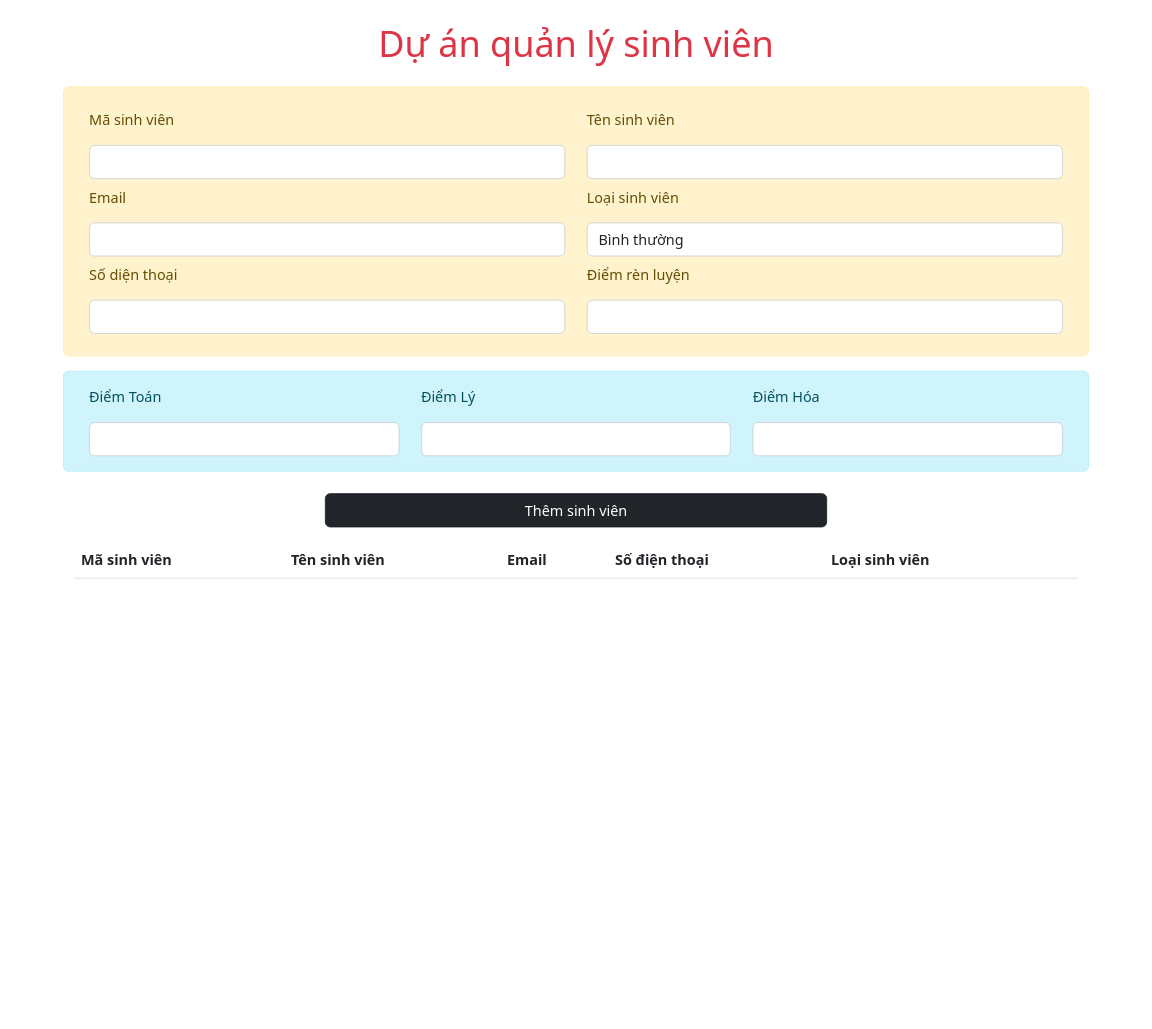
Repository: hcozyph/Cybersoft_JS_OOP
Page: index.html
These files come from the project's save history. The page is drawn as it stood at one moment and after the next save; the edit follows.
The browser window is 1280 px wide. The pictures show the whole page, at 90% of full size.

Above is the page before, as saved 2023-02-26 09:46:25.

### index.html
<!DOCTYPE html>
<html lang="en">
    <head>
        <title>Quản lý sinh viên</title>
        <!-- Required meta tags -->
        <meta charset="utf-8" />
        <meta
            name="viewport"
            content="width=device-width, initial-scale=1, shrink-to-fit=no"
        />

        <!-- Bootstrap CSS v5.2.1 -->
        <link
            href="https://cdn.jsdelivr.net/npm/bootstrap@5.2.1/dist/css/bootstrap.min.css"
            rel="stylesheet"
            integrity="sha384-iYQeCzEYFbKjA/T2uDLTpkwGzCiq6soy8tYaI1GyVh/UjpbCx/TYkiZhlZB6+fzT"
            crossorigin="anonymous"
        />

        <!-- index.css -->
        <link rel="stylesheet" href="./assets/styles/index.css" />
    </head>

    <body>
        <div class="container" style="margin-bottom: 500px">
            <div class="title">
                <h3 class="text-center fs-1 text-danger my-4">
                    Dự án quản lý sinh viên
                </h3>
            </div>

            <div class="content">
                <div class="row alert alert-warning">
                    <div class="col-md-6 col-lg-6">
                        <div class="form-group my-2">
                            <p>Mã sinh viên</p>
                            <input class="form-control" id="maSinhVien"></input>
                        </div>

                        <div class="form-group my-2">
                            <p>Email</p>
                            <input class="form-control" id="email"></input>
                        </div>

                        <div class="form-group my-2">
                            <p>Số diện thoại</p>
                            <input class="form-control" id="soDienThoai"></input>
                        </div>
                    </div>

                    <div class="col-md-6 col-lg-6">
                        <div class="form-group my-2">
                            <p>Tên sinh viên</p>
                            <input class="form-control" id="tenSinhVien"></input>
                        </div>

                        <div class="form-group my-2">
                            <p>Loại sinh viên</p>
                            <select class="form-control" id="loaiSinhVien">
                                <option value="">Bình thường</option>
                                <option value="">Khó khăn</option>
                            </select>
                        </div>

                        <div class="form-group my-2">
                            <p>Điểm rèn luyện</p>
                            <input type="number" class="form-control" id="diemRenLuyen">
                        </div>
                    </div>
                </div>

                <div class="alert alert-info row mt-2">
                    <div class="col-md-4">
                        <p>Điểm Toán</p>
                        <input type="number" id="diemToan" class="form-control" >
                    </div>
                    <div class="col-md-4">
                        <p>Điểm Lý</p>
                        <input type="number" id="diemLy" class="form-control" >
                    </div>
                    <div class="col-md-4">
                        <p>Điểm Hóa</p>
                        <input type="number" id="diemHoa" class="form-control" >
                    </div>
                </div>

                <div class="my-2 text-center">
                    <button class="btn btn-dark my-2 w-50 w-lg-25" id="btnThemSinhVien">Thêm sinh viên</button>
                </div>

                <table class="table mt-2">
                    <thead>
                        <tr style="    vertical-align: baseline">
                            <th>Mã sinh viên</th>
                            <th>Tên sinh viên</th>
                            <th>Email</th>
                            <th>Số điện thoại</th>
                            <th>Loại sinh viên</th>
                            <th></th>
                        </tr>
                    </thead>

                    <tbody id="tblSinhVien"></tbody>
                </table>

            </div>
        </div>

        <!-- Bootstrap JavaScript Libraries -->
        <script
            src="https://cdn.jsdelivr.net/npm/@popperjs/core@2.11.6/dist/umd/popper.min.js"
            integrity="sha384-oBqDVmMz9ATKxIep9tiCxS/Z9fNfEXiDAYTujMAeBAsjFuCZSmKbSSUnQlmh/jp3"
            crossorigin="anonymous"
        ></script>

        <script
            src="https://cdn.jsdelivr.net/npm/bootstrap@5.2.1/dist/js/bootstrap.min.js"
            integrity="sha384-7VPbUDkoPSGFnVtYi0QogXtr74QeVeeIs99Qfg5YCF+TidwNdjvaKZX19NZ/e6oz"
            crossorigin="anonymous"
        ></script>

        <!-- models -->
        <script src="./models/SinhVien.js"></script>

        <!-- controller js -->
        <script src="./controllers/js/index.js"></script>
    </body>
</html>

### models/SinhVien.js
///--Đặt tên file -- Chữ cái đầu tiên VIẾT HOA

//---Định nghĩa prototype SinhVien

function SinhVien() {
    this.maSinhVien = '';
    this.email = '';
    this.soDienThoai = '';
    this.tenSinhVien = '';
    this.loaiSinhVien = '';
    this.diemRenLuyen = '';

    this.diemToan = '';
    this.diemLy = '';
    this.diemHoa = '';

}

### controllers/js/index.js
////----MÔ HÌNH MVC
/*
    M [model]       -- nơi chứa các file js là prototype (class)
    V [view]        -- nơi chứa các file giao diện (.html)
    C [controller]  -- các file điều hướng giao diện (index.html => index.js, qlsp.html => qlsp.js)

    ---------------------------------------------------

    util    -- chứa các file dùng chung cho dự án (ví dụ: các method sử dụng ở các dự án trước, hoặc libs [thư viện js] )
    assets  -- là folder chứa tài nguyên của hệ thống (img, audio, viddeo, css, font,...)

*/

function getEle(n) {
    return document.getElementById(n);
}

getEle('btnThemSinhVien').onclick = function () {
    //input: sinhVien: SinhVien
    var sv = new SinhVien();
    console.log(sv)







}

Loaded but not shown: assets/styles/index.css (no stored copy; drawn as an empty file)

After the next save:
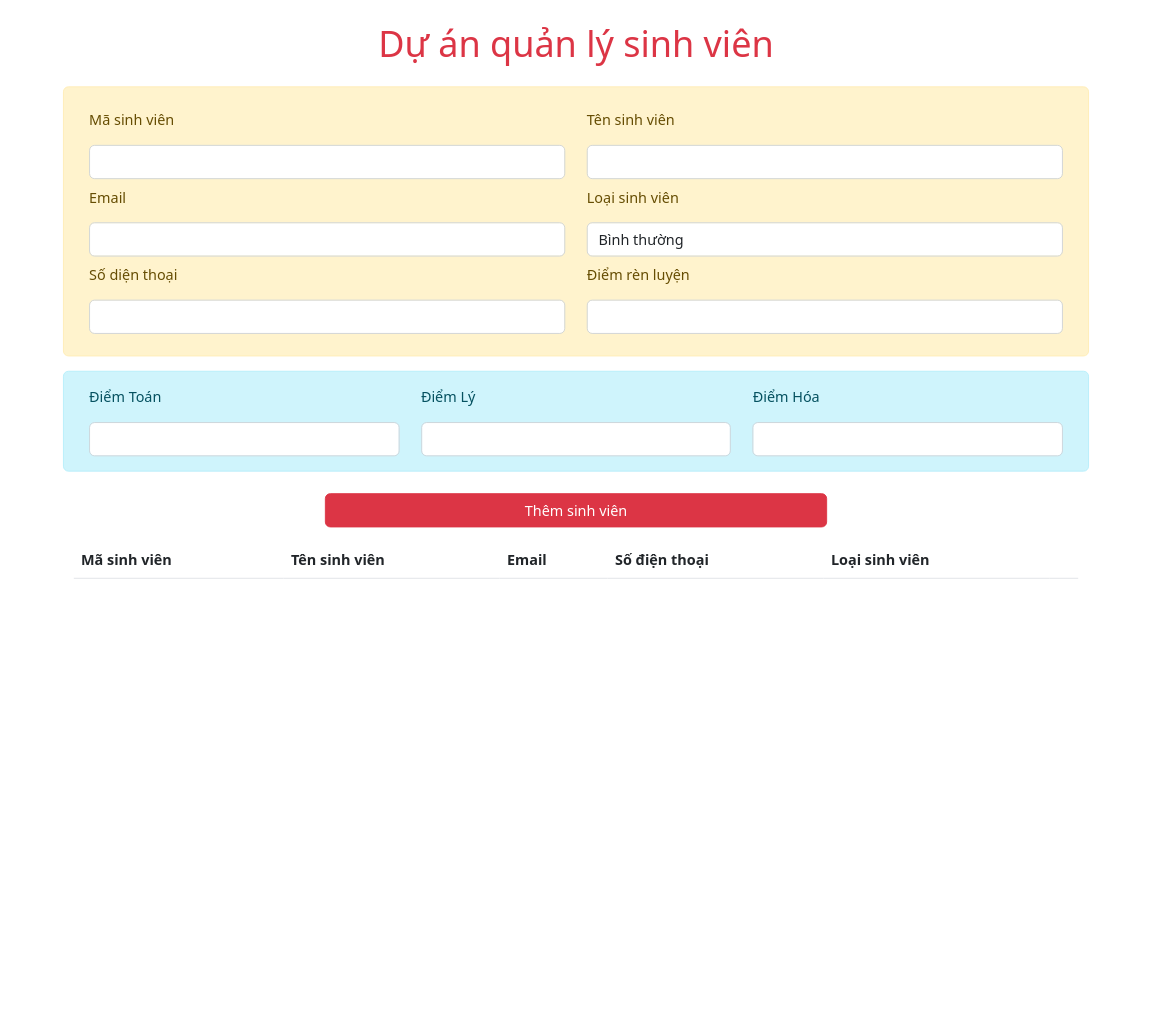
Saved 12 s later.
--- a/index.html
+++ b/index.html
@@ -85,7 +85,7 @@
                 </div>
 
                 <div class="my-2 text-center">
-                    <button class="btn btn-dark my-2 w-50 w-lg-25" id="btnThemSinhVien">Thêm sinh viên</button>
+                    <button class="btn btn-danger my-2 w-50 w-lg-25" id="btnThemSinhVien">Thêm sinh viên</button>
                 </div>
 
                 <table class="table mt-2">
